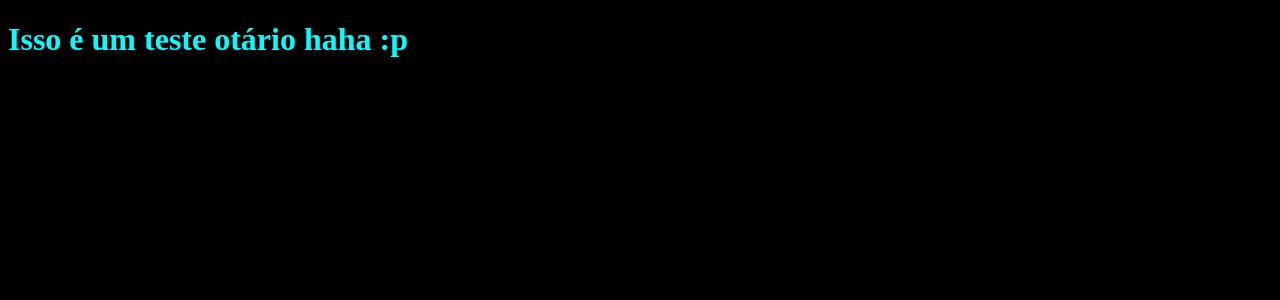
Repository: Leonngc/html-css
Page: ex024/pag003.html
An editor plug-in stored every save of this project. The page is shown before and after the next save, followed by the edit.
The browser window is 1280 px wide. The pictures show the whole page.

Above is the page before, as saved 2022-11-15 18:38:04.

After the next save:
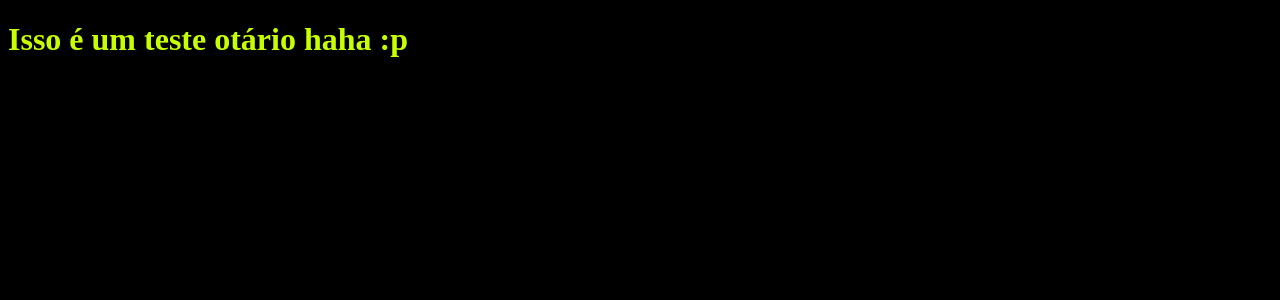
Saved 8 s later.
--- a/ex024/pag003.html
+++ b/ex024/pag003.html
@@ -8,7 +8,7 @@
     <style>
         body{
             background-color: black;
-            color: aqua;
+            color: rgb(200, 255, 0);
         }
     </style>
 </head>
